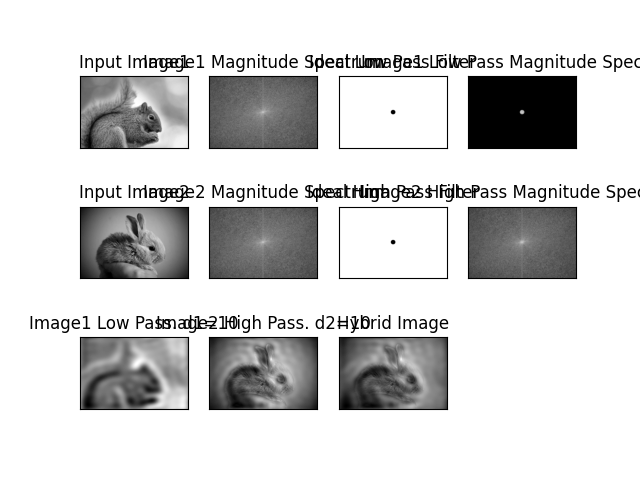
Repository: Yuer-yuan/CV
Script's output: python lab1-hybrid-image/gui/fft.py
These files come from the project's save history. The script's output is drawn as it stood at one moment and after the next save; the edit follows.
Random numbers start from a fixed seed. It also reads lab1-hybrid-image/gui/res/bunny1.png, lab1-hybrid-image/gui/res/squirrel1.png.

Above is the script's output before, as saved 2023-03-26 21:30:22.

After the next save:
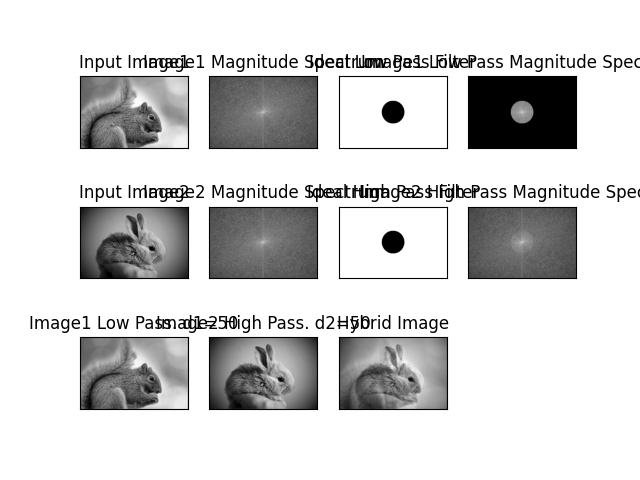
Saved 66 s later.
--- a/lab1-hybrid-image/gui/fft.py
+++ b/lab1-hybrid-image/gui/fft.py
@@ -8,7 +8,7 @@ pairs = [
     ('res/donkey1.png', 'res/zebra1.png'),
 ]
 ksize1, sigma1, ksize2, sigma2 = 39, 11, 21, 5
-d1, d2 = 10, 10
+d1, d2 = 50, 50
 
 
 def ideal_spectral_filter(shape, d, type='lowpass'):
